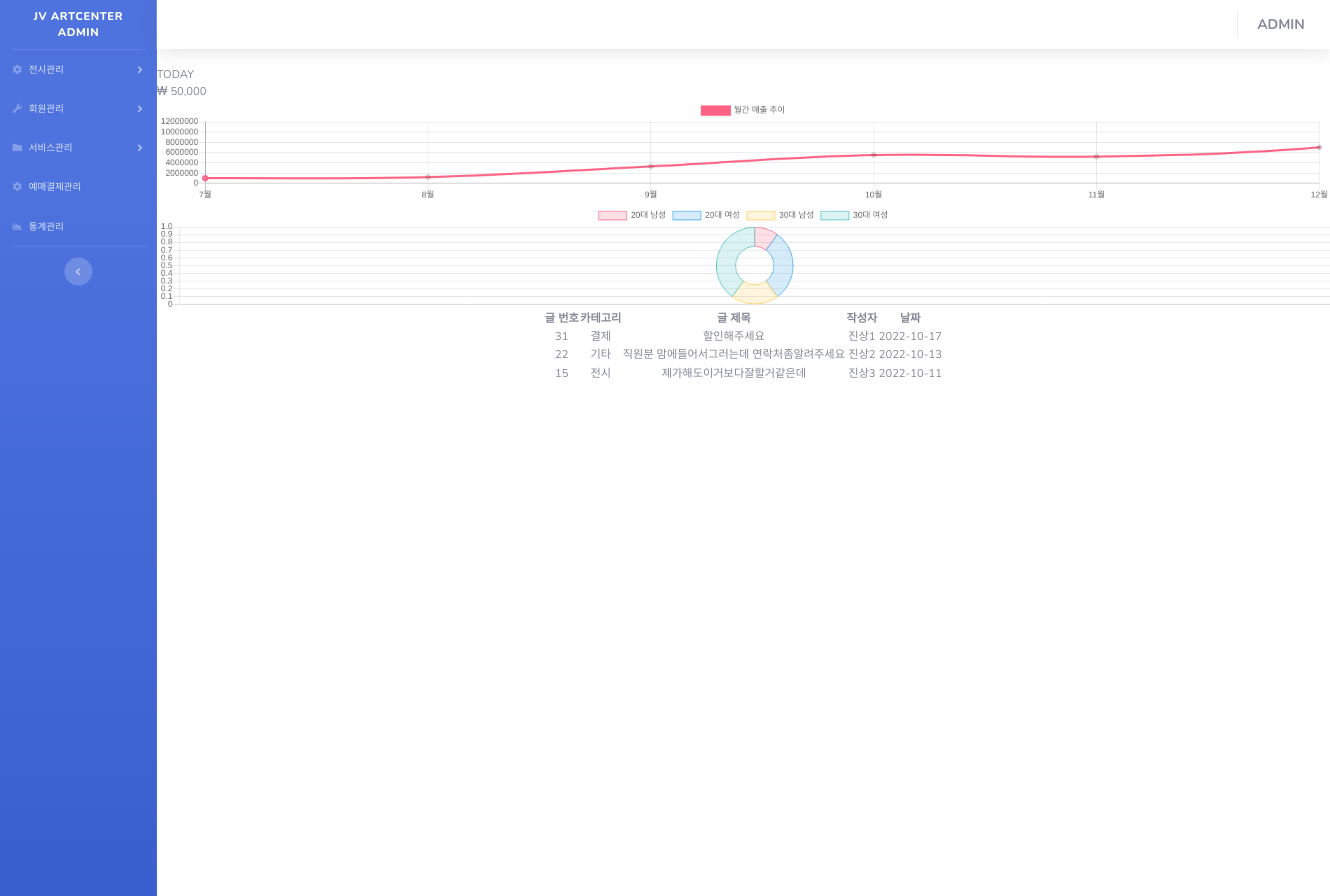
Repository: pshysd/SEMI_PROJECT
Page: http://localhost/JVArtCenter/views/admin/adminMain.jsp
The author's editor kept a copy of each file at every save. The page is drawn from the files as they stood at one save, then again after the next save.
The browser window is 1280 px wide. The page is 1900 px wide, so the pictures cover 1900 px, including what lies to the right of the window. The pictures show the part of the page from y = 0 to 1280 px (the page is 2400 px tall), at 70% of full size.
Some web libraries are served in a nearby version. The page is served by Tomcat 9. Nobody is signed in. The application's start-up code is not run.

Above is the page before, as saved 2022-10-27 09:11:46.
Console error: TypeError: Cannot read properties of null (reading 'length')

After the next save:
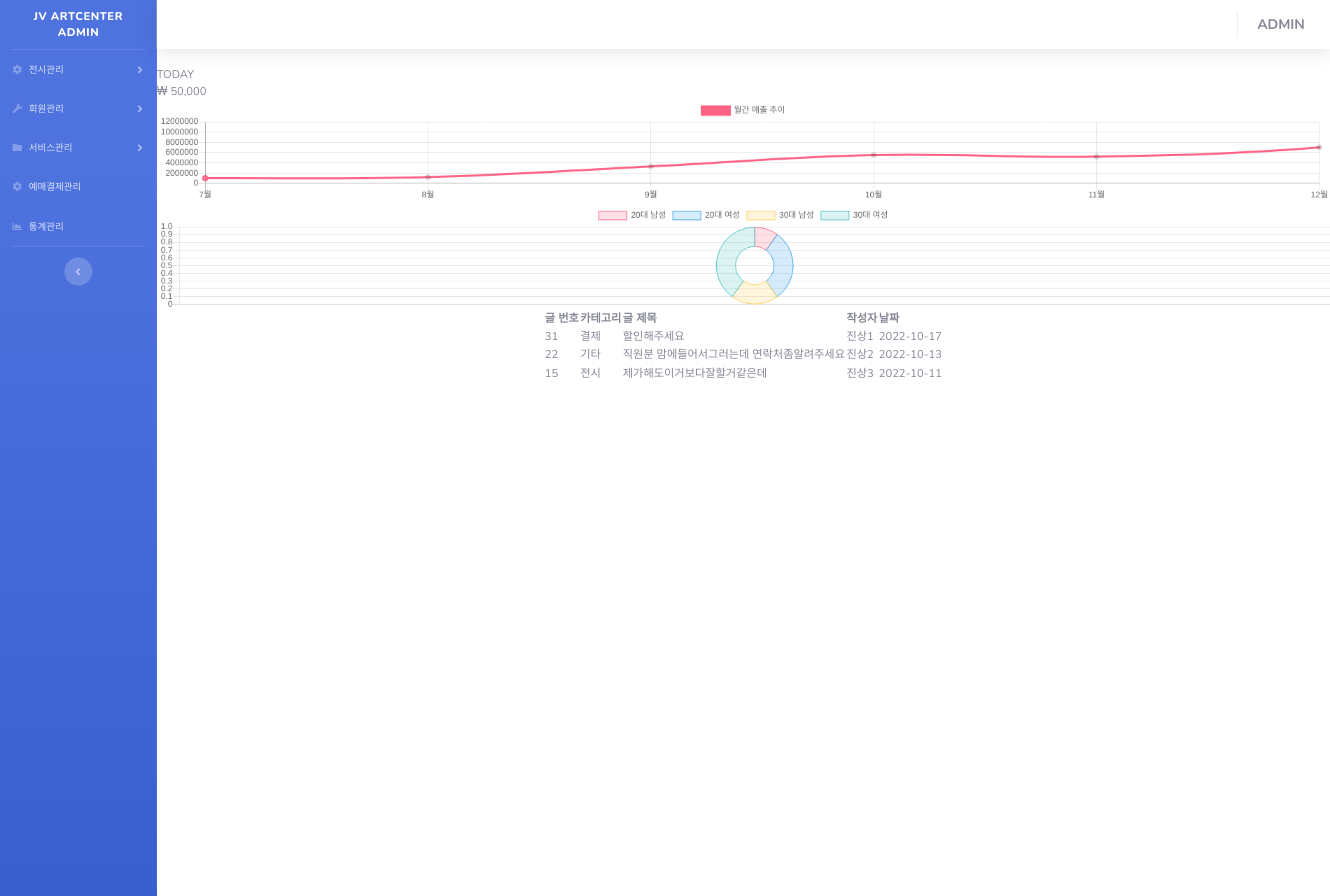
Saved 14 s later.
--- a/JVArtCenter/WebContent/views/admin/adminMain.jsp
+++ b/JVArtCenter/WebContent/views/admin/adminMain.jsp
@@ -180,7 +180,7 @@
 						-> 글 제목 클릭 시 상세페이지
 					-->
 					<div>
-						<table style="text-align: center; margin: auto;">
+						<table style="margin: auto;">
 							<thead>
 								<tr>
 									<th>글 번호</th>
